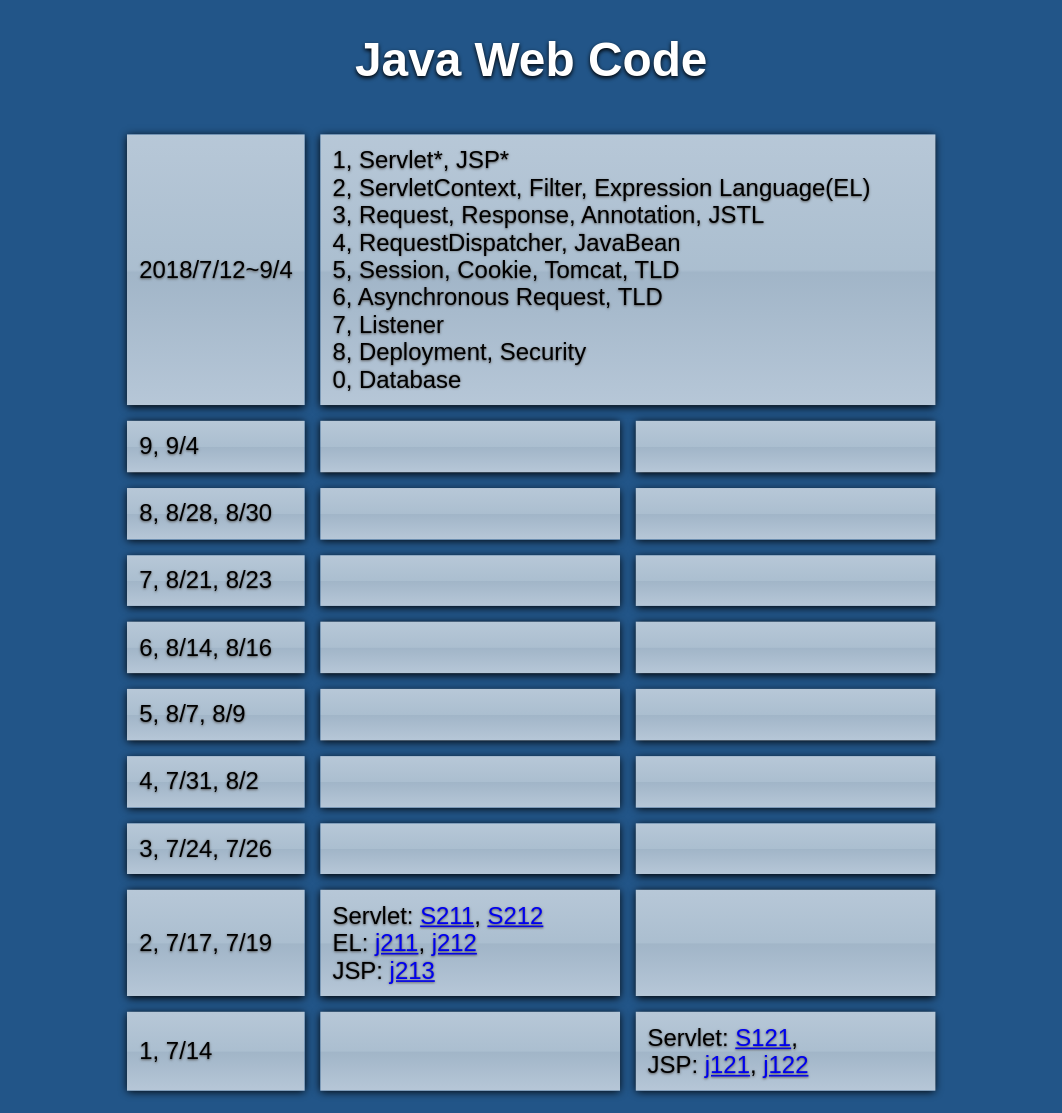
Repository: anxhuang/Java_Web
Page: code/WebContent/index.html
The author's editor kept a copy of each file at every save. The page is drawn from the files as they stood at one save, then again after the next save.
The browser window is 1280 px wide. The pictures show the whole page, at 83% of full size.

Above is the page before, as saved 2018-07-17 10:44:32.

After the next save:
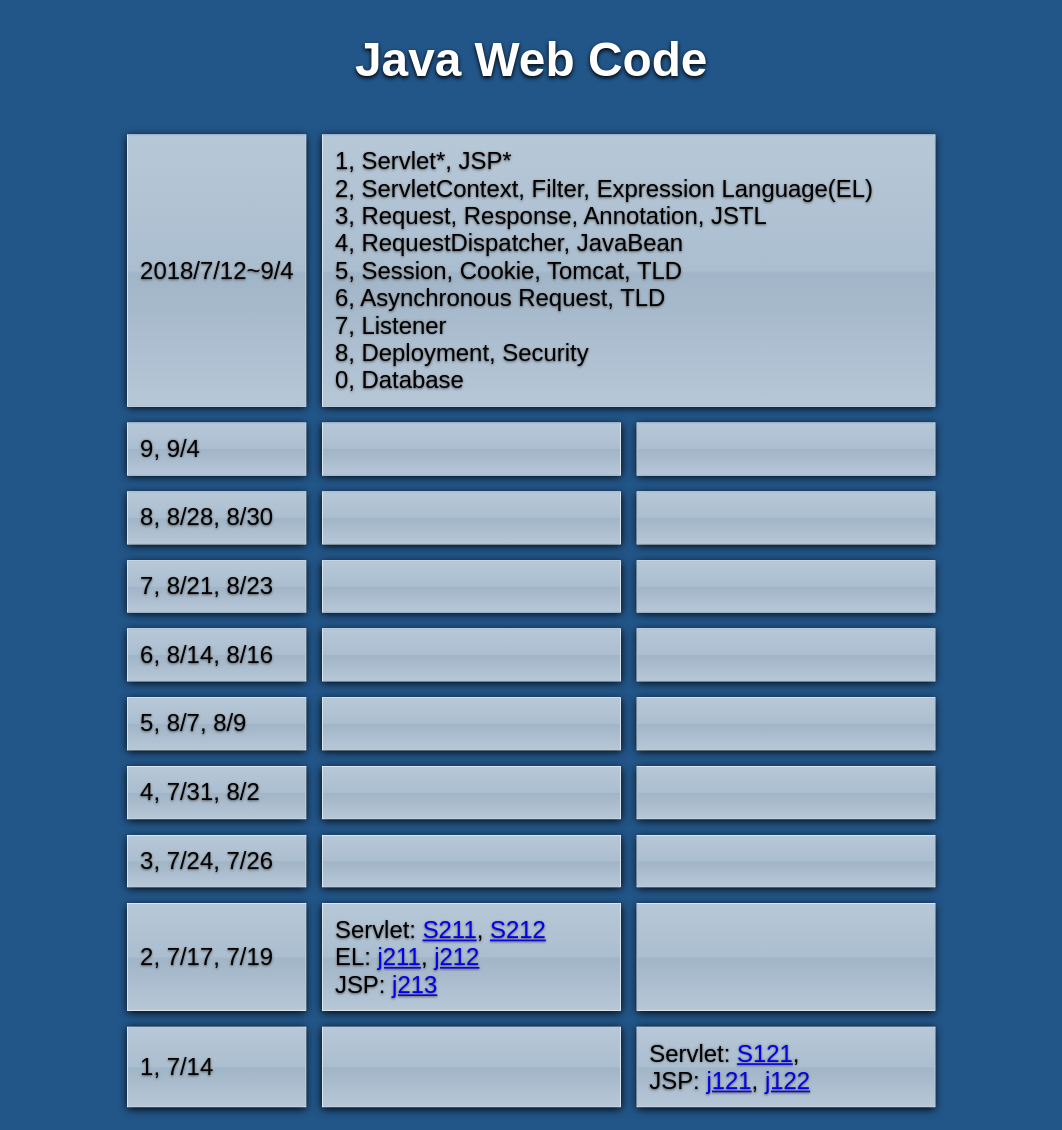
Saved 99 s later.
--- a/code/WebContent/index.html
+++ b/code/WebContent/index.html
@@ -25,6 +25,7 @@
 		color: #000;
 		text-shadow: 0px 1px 3px #555;
 		padding: 0.15in;
+		border: 1px solid #FFF;
 		/*background: rgba(230,230,230,0.8);*/
 		/* Permalink - use to edit and share this gradient: http://colorzilla.com/gradient-editor/#f6f8f9+0,e5ebee+50,d7dee3+51,f5f7f9+100&0.7+1,0.7+100 */
 		background: -moz-linear-gradient(0deg, rgba(246,248,249,0.7) 0%, rgba(246,248,249,0.7) 1%, rgba(229,235,238,0.7) 50%, rgba(215,222,227,0.7) 51%, rgba(245,247,249,0.7) 100%); /* FF3.6-15 */
